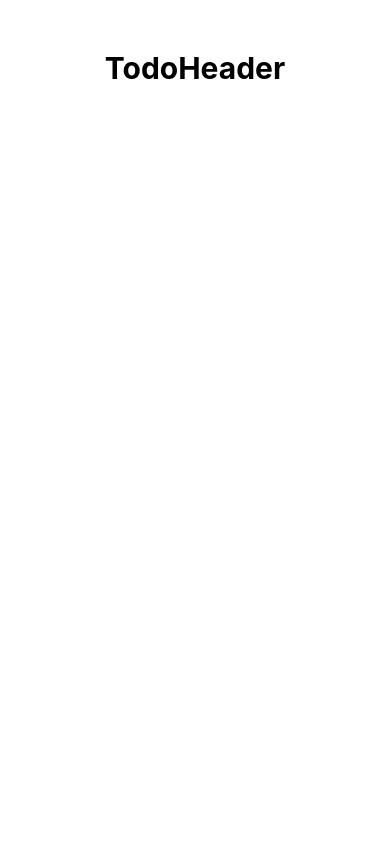
Repository: itadori17/Redux-Todo
Screen: /
An editor plug-in stored every save of this project. The screen is shown before and after the next save, followed by the edit.
The app was drawn by React Native's web renderer in a window 390 px wide. The project was rebuilt for these pictures with package versions that can differ from the ones it lists, and the page was loaded fresh each time.

Above is the screen before, as saved 2022-08-16 15:49:39.

After the next save:
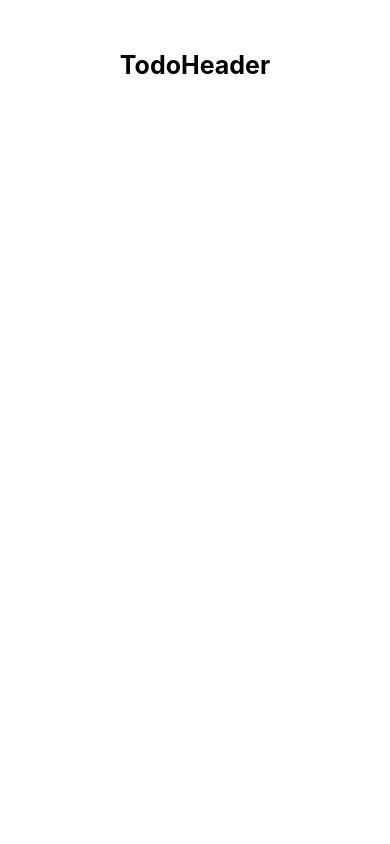
Saved 43 s later.
--- a/src/components/TodoHeader.js
+++ b/src/components/TodoHeader.js
@@ -5,7 +5,7 @@
     return (
         <View>
             <Text style={{
-                fontSize: 30,
+                fontSize: 25,
                 fontWeight: 'bold',
                 textAlign: 'center',
                 marginTop: 50,

After the save that followed:
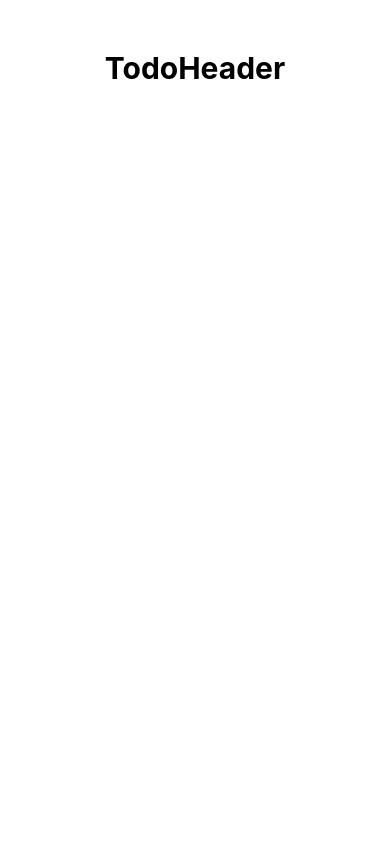
Saved 4 s later.
--- a/src/components/TodoHeader.js
+++ b/src/components/TodoHeader.js
@@ -5,7 +5,7 @@
     return (
         <View>
             <Text style={{
-                fontSize: 25,
+                fontSize: 30,
                 fontWeight: 'bold',
                 textAlign: 'center',
                 marginTop: 50,
